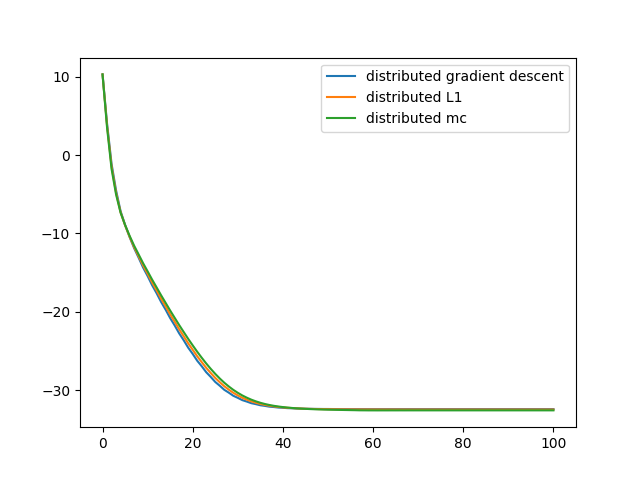
Repository: komuro-zero/distributed-optimization
Script's output: python main_wj_noisyd.py
These files come from the project's save history. The script's output is drawn as it stood at one moment and after the next save; the edit follows.
Random numbers start from a fixed seed.

Above is the script's output before, as saved 2019-09-24 14:03:58.

### main_wj_noisyd.py
import numpy as np
import matplotlib.pyplot as plt
from numpy.random import *
from modules.distributed_functions_wj import functions


#np.random.seed(0)
class distributed_updates(functions):


    def __init__(self):

        self.N = 30
        self.m = 100
        self.r_i = 40
        self.iteration = 100
        self.sparsity_percentage = 0.2
        self.lamb = 10**-2
        self.eta = 0.23
        self.rho = self.lamb*(20**2)
        if self.lamb/self.rho <= self.eta*self.lamb:
            print("faulty rho")
            exit()

    def make_variables(self):
        """
        w_star,U_all,d_allを返㝙
        """
        w = randn(self.N,1)
        w_star = self.w_star_weakly_sparse(self.N,self.sparsity_percentage)
        print(w)
        U_all = randn(self.m,self.N)
        w_star_noise = w_star+randn(self.N,1)/100
        d_all = np.dot(U_all,w_star_noise)
        L2 = np.dot(w_star.T,w_star)

        return w,w_star,U_all,d_all,L2,w_star_noise

    def run(self):
        w,w_star,U_all,d_all,L2,w_star_noise = self.make_variables()
        c = self.adjacency_matrix(self.m,self.r_i)
        w_all = self.make_w(self.m,self.N)

        #error,wcgd = self.centralized_gradient_descent(U_all,d_all,w,w_star,L2,0.0035,self.iteration)
        #error,wcl1 = self.centralized_L1(U_all,d_all,w,w_star,L2,10**-4,0.0036,self.iteration)
        #error,wcmc = self.centralized_mc(U_all,d_all,w,w_star,L2,5*10**-1,0.0036,5*10**-1*(23.57**2),self.iteration)
        #self.distributed_gradient_descent_wj(U_all,d_all,w_star,L2,self.N,self.m,self.r_i,0.25,self.iteration,c,w_all,wcgd)
        #self.distributed_L1_wj(U_all,d_all,w_star,L2,self.N,self.m,self.r_i,10**-4,0.24,self.iteration,c,w_all,wcl1)
        #self.distributed_mc_wj(U_all,d_all,w_star,L2,self.N,self.m,self.r_i,self.lamb,self.eta,self.rho,self.iteration,c,w_all,wcmc)
        self.distributed_gradient_descent(U_all,d_all,w_star,L2,self.N,self.m,self.r_i,0.25,self.iteration,c,w_all)
        self.distributed_L1(U_all,d_all,w_star,L2,self.N,self.m,self.r_i,10**-4,0.24,self.iteration,c,w_all)
        self.distributed_mc(U_all,d_all,w_star,L2,self.N,self.m,self.r_i,self.lamb,self.eta,self.rho,self.iteration,c,w_all)

        #error = [cgd[-1],cl1,cmc[-1],dgd[-1],dl1[-1],dmc[-1]]
        #return error[-1]#w_star,w_star_noise,wcgd,wcl1,wcmc

"""
    #not completed
    def run_distributed(self):
        w,w_star,U_all,d_all,L2 = self.make_variables()

        lamb_l1 = 9*10**-5
        lamb_mc = 10**-3
        eta_gd = 0.1
        eta_l1 = 0.09
        eta_mc = 0.01

        self.distributed(U_all,d_all,w_star,L2,self.N,self.m,self.r_i,lamb_l1,lamb_mc,eta_gd,eta_l1,eta_mc,self.rho,self.iteration)
"""


if __name__ == "__main__":
    simulation = distributed_updates()
    cgd=cl1=cmc=dgd=dl1=dmc=[]
    for i in range(1):
        simulation.run()
        #cgd.append(error)
        """
        error = simulation.run()
        cgd.append(error[0])
        cl1.append(error[1])
        cmc.append(error[2])
        dgd.append(error[3])
        dl1.append(error[4])
        dmc.append(error[5])

        print("iteration:",i)
        """
    #times = range(len(cgd))

    #print("average:",sum(cgd)/len(cgd),"\n max:",max(cgd))
    #print("w_star:",w_star,"\nwcgd:",wcgd-w_star_noise,"\nwcl1:",wcl1-w_star_noise,"\nwcmc:",wcmc-w_star_noise)
    #plt.bar(times,cgd)
    plt.legend()
    plt.show()

### modules/distributed_functions_wj.py
#functions used in each simulations
import numpy as np
from numpy.random import *
import matplotlib.pyplot as plt

#np.random.seed(0)

class functions():
	def w_star(self,N,sparse_percentage):
		w_star = randn(N,1)     #平均は0
		before_length = len(w_star)
		after_length = before_length
		while (after_length / before_length) > sparse_percentage:
			a = randint(0,N-1)
			w_star[a] = 0
			after_length = len(np.unique(w_star))-1  #重複要素の削除
		return w_star

	def w_star_weakly_sparse(self,N,sparse_percentage):
		w_star = randn(N,1)     #平均は0
		before_length = len(w_star)
		after_length = before_length
		while (after_length / before_length) > sparse_percentage:
			a = randint(0,N-1)
			w_star[a] = 0
			after_length = len(np.unique(w_star))-1  #重複要素の削除
		for i in range(len(w_star)):
			if w_star[i] == 0:
				w_star[i] = 0.1*randn()
		return w_star

	def db(self,x, y):
		db = 10 * np.log10(x / y)
		return db[0][0]

	def adjacency_matrix(self,m,r_i):
		"""
		disjointed example
		a = [1]*r_i
		b = [0]*(m-r_i)
		a.extend(b)
		c = [1]*r_i
		d = [0]*(m-r_i)
		d.extend(c)
		aa = [a]*int(m/2)
		dd = [d]*int(m/2)
		dd.extend(aa)
		result = np.array(dd)
		for i in range(len(result)):
			result[i][i]=1

		"""
		c = np.eye(m)
		for j in range(m):
			counter = 0
			while counter != r_i:
				random_num = np.random.randint(0,m-1)
				if c[j][random_num] != 1:
					c[j][random_num] = 1
					counter += 1
		return c

	def make_w(self,m,N):
		w = randn(N,1).T
		for i in range(m-1):
			w = np.concatenate((w,randn(N,1).T))
		return w

	def centralized_gradient_descent(self,Ut,d,w,w_star,L2,eta,iteration):
		error = [self.db(np.dot((w-w_star).T,w-w_star)[0],L2)]
		times = [0]
		one_error =0
		U = Ut.T
		for i in range(iteration):
			w = w - 2*eta*(np.dot(U,(np.dot(Ut,w)-d)))
			one_error = np.dot((w-w_star).T,w-w_star)[0]
			error.append(self.db(one_error,L2))
			times.append(i+1)
		#plt.plot(times,error,label = "centralized gradient descent")
		return error,w

	def centralized_L1(self,Ut,d,w,w_star,L2,lamb,eta,iteration):
		error = [self.db(np.dot((w-w_star).T,w-w_star)[0],L2)]
		times = [0]
		one_error =0
		U = Ut.T
		for i in range(iteration):
			w = w - 2*eta*(np.dot(U,(np.dot(Ut,w)-d)))
			for j in range(len(w)):
				if w[j] > 0 and lamb < abs(w[j]):
					w[j] -= lamb
				elif w[j] < 0 and lamb < abs(w[j]):
					w[j] += lamb
				else:
					w[j] = 0
			one_error = np.dot((w-w_star).T,w-w_star)[0]
			error.append(self.db(one_error,L2))
			times.append(i+1)
		#exec("plt.plot(times,error,label = 'centralized_L1')")
		return error,w

	def centralized_mc(self,Ut,d,w,w_star,L2,lamb,eta,rho,iteration):
		error = [self.db(np.dot((w-w_star).T,w-w_star)[0],L2)]
		times = [0]
		one_error =0
		U = Ut.T
		for i in range(iteration):
			w = w - 2*eta*(np.dot(U,(np.dot(Ut,w)-d)))
			for j in range(len(w)):
				if abs(w[j]) < eta*lamb:
					w[j] = 0
				elif eta*lamb < abs(w[j]) and abs(w[j]) < lamb/rho:
					w[j] = w[j]*(abs(w[j])-eta*lamb)/(abs(w[j])*(1-eta*rho))
				elif lamb/rho <= abs(w[j]):
					w[j] = w[j]
				else:
					print("banana")
			one_error = np.dot((w-w_star).T,w-w_star)[0]
			error.append(self.db(one_error,L2))
			times.append(i+1)
			one_error = 0
		#plt.plot(times,error,label = "centralized_mc")
		return error,w

	def one_gradient_descent(self,Ut,d,w,eta):
		U = Ut.T
		w = w - 2*eta*((U*(np.dot(Ut,w)-d)))
		return w

	def one_L1(self,Ut,d,w,lamb,eta):
		U = Ut.T
		w = w - 2*eta*((U*(np.dot(Ut,w)-d)))
		for j in range(len(w)):
			if w[j] > 0 and lamb < abs(w[j]):
				w[j] -= lamb
			elif w[j] < 0 and lamb < abs(w[j]):
				w[j] += lamb
			else:
				w[j] = 0
		return w

	def one_mc(self,Ut,d,w,lamb,eta,rho):
		U = Ut.T
		w = w - 2*eta*((U*(np.dot(Ut,w)-d)))
		for j in range(len(w)):
			if abs(w[j]) < eta*lamb:
				w[j] = 0
			elif eta*lamb < abs(w[j]) and abs(w[j]) < lamb/rho:
				w[j] = w[j]*(abs(w[j])-eta*lamb)/(abs(w[j])*(1-eta*rho))
			elif lamb/rho <= abs(w[j]):
				w[j] = w[j]
			else:
				print("banana")
		return w

	def distributed_gradient_descent(self,Ut,d,w_star,L2,N,m,r_i,eta,iteration,c,w_all_f):
		average_error = [0]
		for i in range(1,m+1,1):
			exec("u_%d = Ut[%d]" % (i,i-1))
			exec("d_%d = d[%d][0]" % (i,i-1))
			exec("w_%d = np.reshape(w_all_f[%d],(N,1)).ravel() " % (i,i-1))
			exec("w_next_%d = w_%d" % (i,i))
			exec("error_w_%d = []" % (i))
			exec("one_error_%d =[]" % (i))
			exec("average_error[0] += self.db(np.dot((w_%d-w_star.ravel()).T,w_%d-w_star.ravel()),L2)"%(i,i))
		average_error[0] = average_error[0]/m
		times = [0]
		for i in range(iteration):
			for j in range(1,m+1,1):
				exec("w_%d = self.one_gradient_descent(u_%d,d_%d,w_%d,eta)" % (j,j,j,j))
				exec("w_next_%d = w_%d" % (j,j))
			exec("w_all = [w_next_1]")
			for j in range(2,m+1):
				exec("w_all = np.concatenate((w_all,[w_next_%d]))" %(j))
			exec("average = (1/(r_i+1))*np.dot(c,w_all)")
			for j in range(1,m+1,1):
				exec("w_%d = average[%d]" % (j,j-1))
			for j in range(1,m+1,1):
				exec("one_error_%d = np.dot((w_%d-w_star.ravel()).T,w_%d-w_star.ravel())" % (j,j,j))
				#exec("print(one_error_%d)"%(j))
				exec("error_w_%d.append(self.db(one_error_%d,L2))" % (j,j))
			times.append(i+1)
		for i in range(iteration):
			exec("average_error.append(error_w_1[%d])" % (i))
			for j in range(2,m+1,1):
				exec("average_error[%d] += error_w_%d[%d]" % (i+1,j,i))
			average_error[i+1] = average_error[i+1]/m
		exec("plt.plot(times,average_error,label = 'distributed gradient descent')")
		return average_error

	def distributed_L1(self,Ut,d,w_star,L2,N,m,r_i,lamb,eta,iteration,c,w_all_f):
		average_error = [0]
		for i in range(1,m+1,1):
			exec("u_%d = Ut[%d]" % (i,i-1))
			exec("d_%d = d[%d][0]" % (i,i-1))
			exec("w_%d = np.reshape(w_all_f[%d],(N,1)).ravel() " % (i,i-1))
			exec("w_next_%d = w_%d" % (i,i))
			exec("error_w_%d = []" % (i))
			exec("one_error_%d =[]" % (i))
			exec("average_error[0] += self.db(np.dot((w_%d-w_star.ravel()).T,w_%d-w_star.ravel()),L2)"%(i,i))
		average_error[0] = average_error[0]/m

		times = [0]
		for i in range(iteration):
			for j in range(1,m+1,1):
				exec("w_%d = self.one_L1(u_%d,d_%d,w_%d,lamb,eta)" % (j,j,j,j))
				exec("w_next_%d = w_%d" % (j,j))
			exec("w_all = [w_next_1]")
			for j in range(2,m+1):
				exec("w_all = np.concatenate((w_all,[w_next_%d]))" %(j))
			exec("average = (1/(r_i+1))*np.dot(c,w_all)")
			for j in range(1,m+1,1):
				exec("w_%d = average[%d]" % (j,j-1))
			for j in range(1,m+1,1):
				exec("one_error_%d = np.dot((w_%d-w_star.ravel()).T,w_%d-w_star.ravel())" % (j,j,j))
				exec("error_w_%d.append(self.db(one_error_%d,L2))" % (j,j))
			times.append(i+1)
		for i in range(iteration):
			exec("average_error.append(error_w_1[%d])" % (i))
			for j in range(2,m+1,1):
				exec("average_error[%d] += error_w_%d[%d]" % (i+1,j,i))
			average_error[i+1] = average_error[i+1]/m
		exec("plt.plot(times,average_error,label = 'distributed L1')")
		return average_error

	def distributed_mc(self,Ut,d,w_star,L2,N,m,r_i,lamb,eta,rho,iteration,c,w_all_f):
		average_error = [0]
		for i in range(1,m+1,1):
			exec("u_%d = Ut[%d]" % (i,i-1))
			exec("d_%d = d[%d][0]" % (i,i-1))
			exec("w_%d = np.reshape(w_all_f[%d],(N,1)).ravel() " % (i,i-1))
			exec("w_next_%d = w_%d" % (i,i))
			exec("error_w_%d = []" % (i))
			exec("one_error_%d =[]" % (i))
			exec("average_error[0] += self.db(np.dot((w_%d-w_star.ravel()).T,w_%d-w_star.ravel()),L2)"%(i,i))
		average_error[0] = average_error[0]/m
		times = [0]
		for i in range(iteration):
			for j in range(1,m+1,1):
				exec("w_%d = self.one_mc(u_%d,d_%d,w_%d,lamb,eta,rho)" % (j,j,j,j))
				exec("w_next_%d = w_%d" % (j,j))
			exec("w_all = [w_next_1]")
			for j in range(2,m+1):
				exec("w_all = np.concatenate((w_all,[w_next_%d]))" %(j))
			exec("average = (1/(r_i+1))*np.dot(c,w_all)")
			for j in range(1,m+1,1):
				exec("w_%d = average[%d]" % (j,j-1))
			for j in range(1,m+1,1):
				exec("one_error_%d = np.dot((w_%d-w_star.ravel()).T,w_%d-w_star.ravel())" % (j,j,j))

				exec("error_w_%d.append(self.db(one_error_%d,L2))" % (j,j))
			times.append(i+1)
		for i in range(iteration):
			exec("average_error.append(error_w_1[%d])" % (i))
			for j in range(2,m+1,1):
				exec("average_error[%d] += error_w_%d[%d]" % (i+1,j,i))
			average_error[i+1] = average_error[i+1]/m
		exec("plt.plot(times,average_error,label = 'distributed mc')")
		return average_error

	def distributed_gradient_descent_wj(self,Ut,d,w_star,L2,N,m,r_i,eta,iteration,c,w_all_f,wj):
		average_error = [0]
		L2wj = np.dot(wj.T,wj)
		for i in range(1,m+1,1):
			exec("u_%d = Ut[%d]" % (i,i-1))
			exec("d_%d = d[%d][0]" % (i,i-1))
			exec("w_%d = np.reshape(w_all_f[%d],(N,1)).ravel() " % (i,i-1))
			exec("w_next_%d = w_%d" % (i,i))
			exec("error_w_%d = []" % (i))
			exec("one_error_%d =[]" % (i))
			exec("average_error[0] += self.db(np.dot((w_%d-wj.ravel()).T,w_%d-wj.ravel()),L2wj)"%(i,i))
		average_error[0] = average_error[0]/m
		times = [0]
		for i in range(iteration):
			for j in range(1,m+1,1):
				exec("w_%d = self.one_gradient_descent(u_%d,d_%d,w_%d,eta)" % (j,j,j,j))
				exec("w_next_%d = w_%d" % (j,j))
			exec("w_all = [w_next_1]")
			for j in range(2,m+1):
				exec("w_all = np.concatenate((w_all,[w_next_%d]))" %(j))
			exec("average = (1/(r_i+1))*np.dot(c,w_all)")
			for j in range(1,m+1,1):
				exec("w_%d = average[%d]" % (j,j-1))
			for j in range(1,m+1,1):
				exec("one_error_%d = np.dot((w_%d-wj.ravel()).T,w_%d-wj.ravel())" % (j,j,j))
				#exec("print(one_error_%d)"%(j))
				exec("error_w_%d.append(self.db(one_error_%d,L2wj))" % (j,j))
			times.append(i+1)
		for i in range(iteration):
			exec("average_error.append(error_w_1[%d])" % (i))
			for j in range(2,m+1,1):
				exec("average_error[%d] += error_w_%d[%d]" % (i+1,j,i))
			average_error[i+1] = average_error[i+1]/m
		#exec("plt.plot(times,average_error,label = 'wj distributed gradient descent')")
		return average_error

	def distributed_L1_wj(self,Ut,d,w_star,L2,N,m,r_i,lamb,eta,iteration,c,w_all_f,wj):
		average_error = [0]
		L2wj = np.dot(wj.T,wj)
		for i in range(1,m+1,1):
			exec("u_%d = Ut[%d]" % (i,i-1))
			exec("d_%d = d[%d][0]" % (i,i-1))
			exec("w_%d = np.reshape(w_all_f[%d],(N,1)).ravel() " % (i,i-1))
			exec("w_next_%d = w_%d" % (i,i))
			exec("error_w_%d = []" % (i))
			exec("one_error_%d =[]" % (i))
			exec("average_error[0] += self.db(np.dot((w_%d-wj.ravel()).T,w_%d-wj.ravel()),L2wj)"%(i,i))
		average_error[0] = average_error[0]/m

		times = [0]
		for i in range(iteration):
			for j in range(1,m+1,1):
				exec("w_%d = self.one_L1(u_%d,d_%d,w_%d,lamb,eta)" % (j,j,j,j))
				exec("w_next_%d = w_%d" % (j,j))
			exec("w_all = [w_next_1]")
			for j in range(2,m+1):
				exec("w_all = np.concatenate((w_all,[w_next_%d]))" %(j))
			exec("average = (1/(r_i+1))*np.dot(c,w_all)")
			for j in range(1,m+1,1):
				exec("w_%d = average[%d]" % (j,j-1))
			for j in range(1,m+1,1):
				exec("one_error_%d = np.dot((w_%d-wj.ravel()).T,w_%d-wj.ravel())" % (j,j,j))
				exec("error_w_%d.append(self.db(one_error_%d,L2wj))" % (j,j))
			times.append(i+1)
		for i in range(iteration):
			exec("average_error.append(error_w_1[%d])" % (i))
			for j in range(2,m+1,1):
				exec("average_error[%d] += error_w_%d[%d]" % (i+1,j,i))
			average_error[i+1] = average_error[i+1]/m
		exec("plt.plot(times,average_error,label = 'wj distributed L1')")
		return average_error

	def distributed_mc_wj(self,Ut,d,w_star,L2,N,m,r_i,lamb,eta,rho,iteration,c,w_all_f,wj):
		average_error = [0]
		L2wj = np.dot(wj.T,wj)
		for i in range(1,m+1,1):
			exec("u_%d = Ut[%d]" % (i,i-1))
			exec("d_%d = d[%d][0]" % (i,i-1))
			exec("w_%d = np.reshape(w_all_f[%d],(N,1)).ravel() " % (i,i-1))
			exec("w_next_%d = w_%d" % (i,i))
			exec("error_w_%d = []" % (i))
			exec("one_error_%d =[]" % (i))
			exec("average_error[0] += self.db(np.dot((w_%d-wj.ravel()).T,w_%d-wj.ravel()),L2wj)"%(i,i))
		average_error[0] = average_error[0]/m
		times = [0]
		for i in range(iteration):
			for j in range(1,m+1,1):
				exec("w_%d = self.one_mc(u_%d,d_%d,w_%d,lamb,eta,rho)" % (j,j,j,j))
				exec("w_next_%d = w_%d" % (j,j))
			exec("w_all = [w_next_1]")
			for j in range(2,m+1):
				exec("w_all = np.concatenate((w_all,[w_next_%d]))" %(j))
			exec("average = (1/(r_i+1))*np.dot(c,w_all)")
			for j in range(1,m+1,1):
				exec("w_%d = average[%d]" % (j,j-1))
			for j in range(1,m+1,1):
				exec("one_error_%d = np.dot((w_%d-wj.ravel()).T,w_%d-wj.ravel())" % (j,j,j))

				exec("error_w_%d.append(self.db(one_error_%d,L2wj))" % (j,j))
			times.append(i+1)
		for i in range(iteration):
			exec("average_error.append(error_w_1[%d])" % (i))
			for j in range(2,m+1,1):
				exec("average_error[%d] += error_w_%d[%d]" % (i+1,j,i))
			average_error[i+1] = average_error[i+1]/m
		exec("plt.plot(times,average_error,label = 'wj distributed mc')")
		return average_error

After the next save:
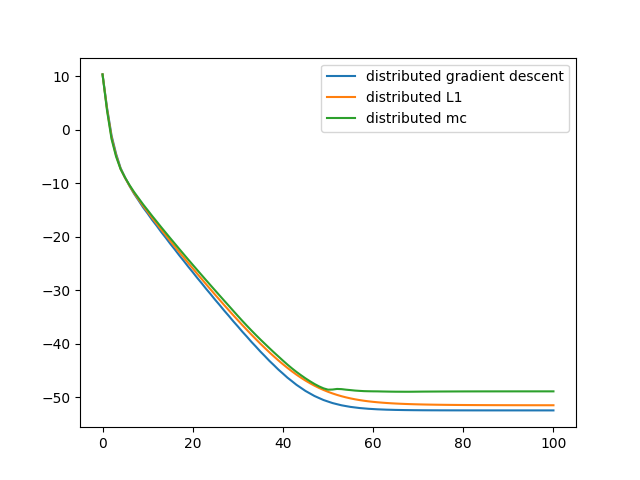
Saved 24 s later.
--- a/main_wj_noisyd.py
+++ b/main_wj_noisyd.py
@@ -30,7 +30,7 @@ class distributed_updates(functions):
         w_star = self.w_star_weakly_sparse(self.N,self.sparsity_percentage)
         print(w)
         U_all = randn(self.m,self.N)
-        w_star_noise = w_star+randn(self.N,1)/100
+        w_star_noise = w_star+randn(self.N,1)/1000
         d_all = np.dot(U_all,w_star_noise)
         L2 = np.dot(w_star.T,w_star)
 
